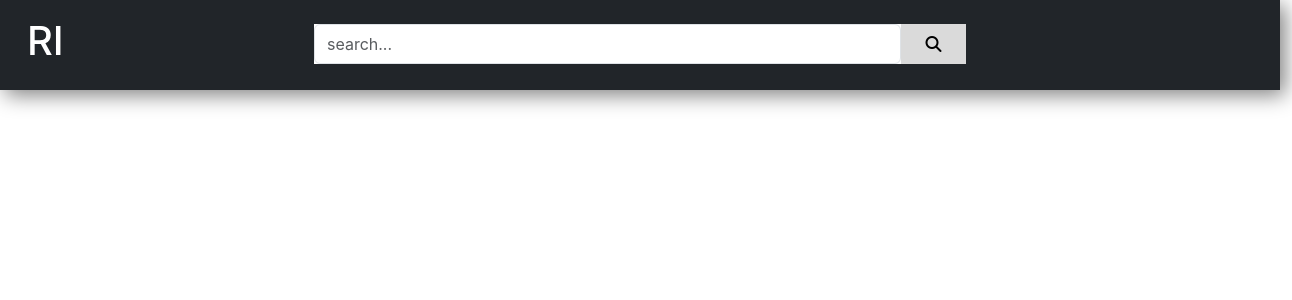
Repository: KodandaraoChellapilli/e-store
Page: /
An editor plug-in stored every save of this project. The page is shown before and after the next save, followed by the edit.
The browser window is 1280 px wide. The page is 1292 px wide, so the pictures cover 1292 px, including what lies to the right of the window. The pictures show the whole page.
The project was rebuilt for these pictures with package versions that can differ from the ones it lists, and the page was loaded fresh each time.

Above is the page before, as saved 2025-06-04 12:24:54.

### public/index.html
<!DOCTYPE html>
<html lang="en">
  <head>
    <meta charset="utf-8" />
    <link rel="icon" href="%PUBLIC_URL%/favicon.ico" />
    <meta name="viewport" content="width=device-width, initial-scale=1" />
    <meta name="theme-color" content="#000000" />
    <meta
      name="description"
      content="Web site created using create-react-app"
    />
    <link rel="apple-touch-icon" href="%PUBLIC_URL%/logo192.png" />
    <!--
      manifest.json provides metadata used when your web app is installed on a
      user's mobile device or desktop. See https://developers.google.com/web/fundamentals/web-app-manifest/
    -->
    <link rel="manifest" href="%PUBLIC_URL%/manifest.json" />

    <link rel="stylesheet"   href="https://cdnjs.cloudflare.com/ajax/libs/font-awesome/6.7.2/css/all.min.css"/>


    <link href="https://cdn.jsdelivr.net/npm/bootstrap@5.3.6/dist/css/bootstrap.min.css" rel="stylesheet" integrity="sha384-4Q6Gf2aSP4eDXB8Miphtr37CMZZQ5oXLH2yaXMJ2w8e2ZtHTl7GptT4jmndRuHDT" crossorigin="anonymous">
    <!--
      Notice the use of %PUBLIC_URL% in the tags above.
      It will be replaced with the URL of the `public` folder during the build.
      Only files inside the `public` folder can be referenced from the HTML.

      Unlike "/favicon.ico" or "favicon.ico", "%PUBLIC_URL%/favicon.ico" will
      work correctly both with client-side routing and a non-root public URL.
      Learn how to configure a non-root public URL by running `npm run build`.
    -->
    <title>React App</title>
  </head>
  <body>
    <noscript>You need to enable JavaScript to run this app.</noscript>
    <div id="root"></div>
    <!--
      This HTML file is a template.
      If you open it directly in the browser, you will see an empty page.

      You can add webfonts, meta tags, or analytics to this file.
      The build step will place the bundled scripts into the <body> tag.

      To begin the development, run `npm start` or `yarn start`.
      To create a production bundle, use `npm run build` or `yarn build`.
    -->
  </body>
</html>

### src/App.js
import logo from './logo.svg';
import './App.css';

function App() {
  return (
    <div className="App">
      <div className='header bg-dark'>
        <div className = 'row'>
          <div className='brand my-1'>
            <h1>RI</h1>
          </div>

          <div className='inp-container p-0 my-4 w-50 h-25 bg-white'>
            <input className= 'form-control' placeholder='search...' />
            <button><i className='fa fa-search'/> </button>

          </div>

        </div>

      </div>

    </div>
  );
}

export default App;

### src/App.css
.header{
  max-width: 100%;
  box-shadow: 5px 5px 20px gray;
}

.row div{
  display: inline-block;
}

.brand{
  color:white;
  margin-left: 2%;
  padding: 0.8em;
  width: 23%;
}

.inp-container input{
  display: inline-block;
  width: 90%;
  height: 2.5em;
}

.inp-container button{
  width: 10%;
  height: 2.5em;
  border: none;
  background-color: #dadada;
}

Loaded but not shown: src/index.js (common file); src/index.css (common file); src/reportWebVitals.js (common file)

After the next save:
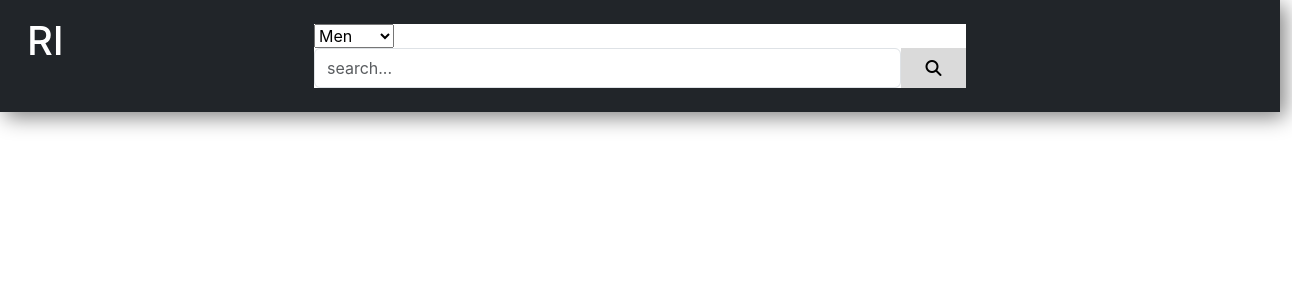
Saved 8 min 4 s later.
--- a/src/App.js
+++ b/src/App.js
@@ -11,6 +11,14 @@
           </div>
 
           <div className='inp-container p-0 my-4 w-50 h-25 bg-white'>
+
+            <div className='dropdown m-0 p-0'>
+              <select>
+                <option>Men</option>
+                <option>Women</option>
+                <option>Kids</option>
+              </select>
+            </div>
             <input className= 'form-control' placeholder='search...' />
             <button><i className='fa fa-search'/> </button>
 

After the 2 saves that followed:
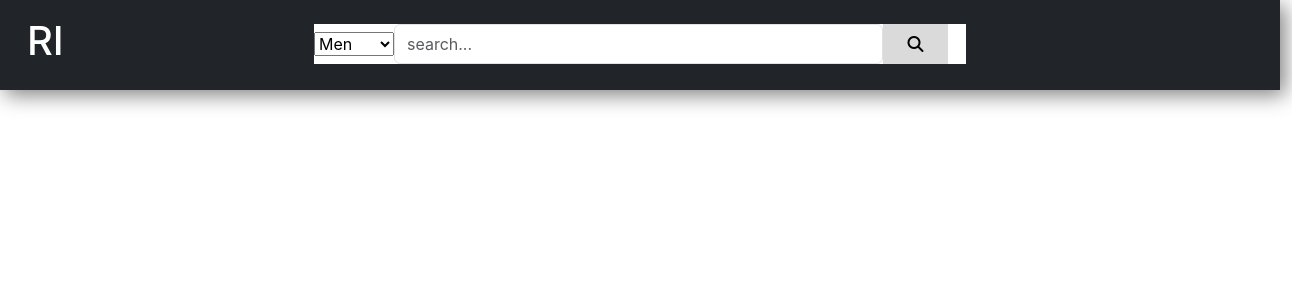
The 2 saves are shown as one change because 1 left the picture as it was.
The last was saved 2 min 50 s later.
--- a/src/App.js
+++ b/src/App.js
@@ -13,7 +13,7 @@
           <div className='inp-container p-0 my-4 w-50 h-25 bg-white'>
 
             <div className='dropdown m-0 p-0'>
-              <select>
+              <select className='select-btn w-100 p-0 m-0'>
                 <option>Men</option>
                 <option>Women</option>
                 <option>Kids</option>
--- a/src/App.css
+++ b/src/App.css
@@ -16,7 +16,7 @@
 
 .inp-container input{
   display: inline-block;
-  width: 90%;
+  width: 75%;
   height: 2.5em;
 }
 
